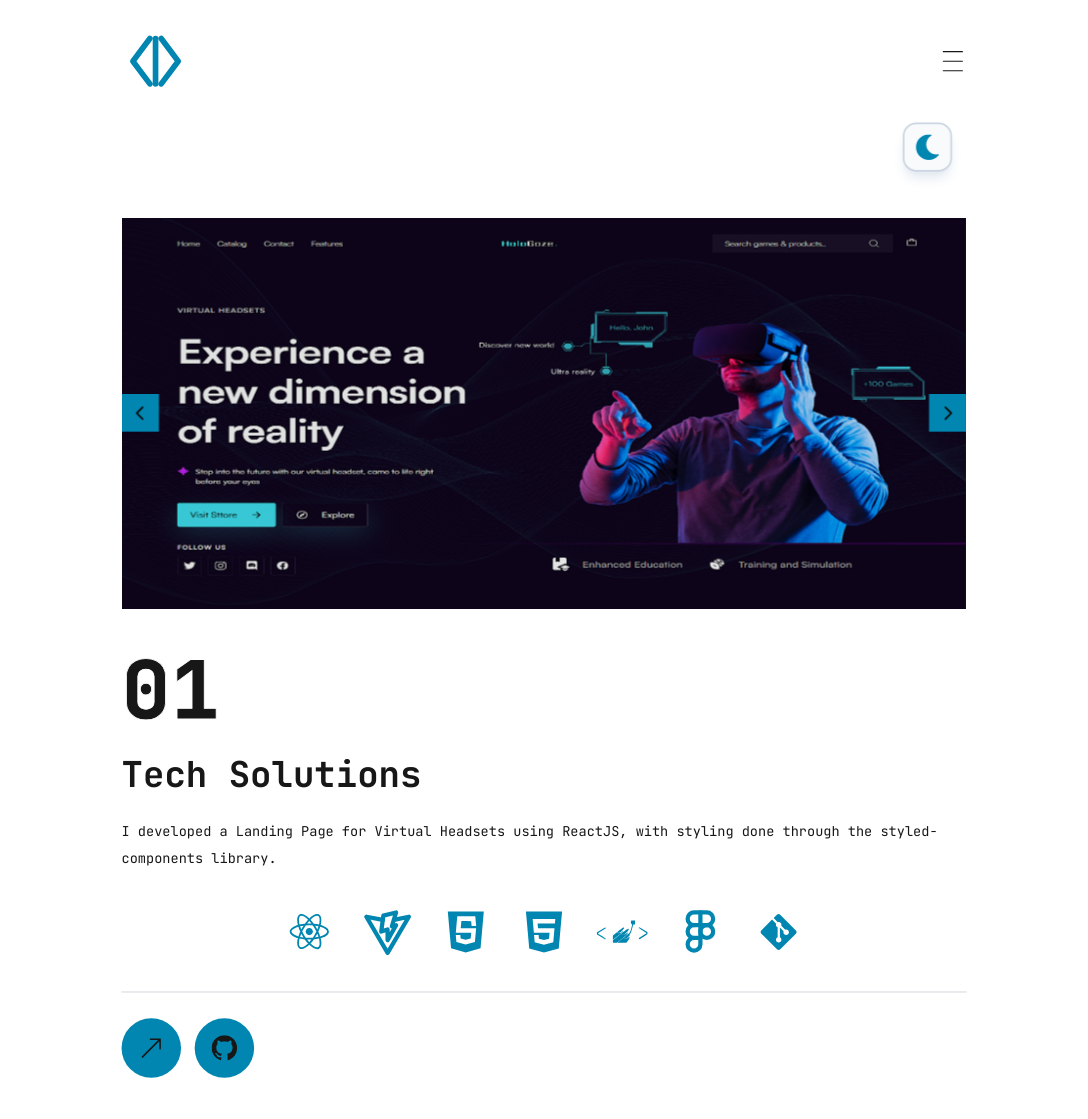
Repository: sergioscker/sergio-portfolio
Page: /work
The author's editor kept a copy of each file at every save. The page is drawn from the files as they stood at one save, then again after a run of saves.
The browser window is 1280 px wide. The pictures show the whole page, at 85% of full size.
The project was rebuilt for these pictures with package versions that can differ from the ones it lists, and the page was loaded fresh each time. The framework's server and built-in components were replaced by stand-ins that run in the browser. Also part of the build but not shown: next.config.mjs.

Above is the page before, as saved 2025-04-29 14:46:29.

After the next 2 saves:
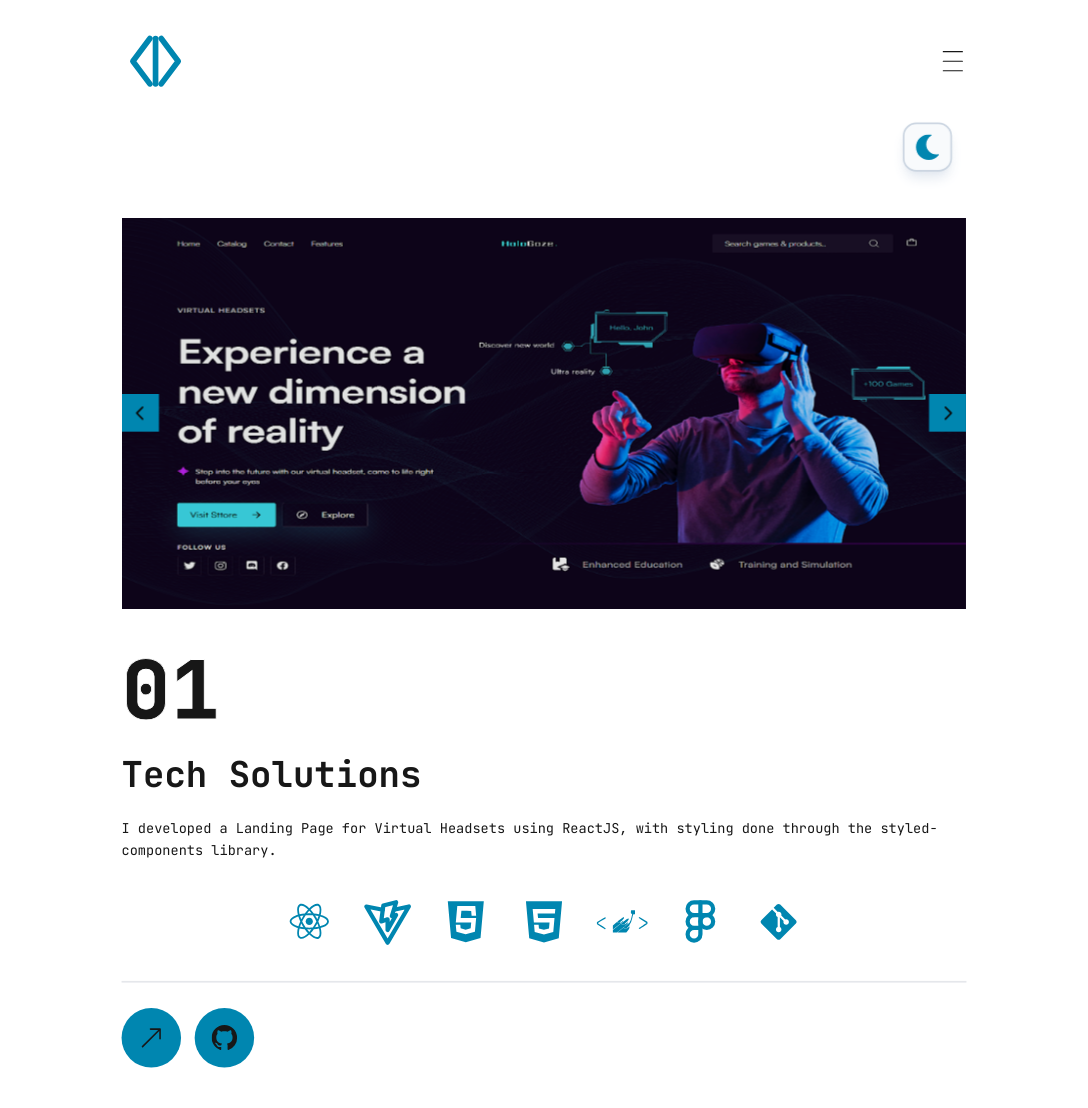
The 2 saves are shown as one change because they came seconds apart.
The last was saved 20 min 24 s later.
--- a/app/work/page.jsx
+++ b/app/work/page.jsx
@@ -287,7 +287,9 @@ const Work = () => {
               </h2>
 
               {/* projects description */}
-              <p className="dark:text-white/60">{project.description}</p>
+              <p className="dark:text-white/60 leading-relaxed">
+                {project.description}
+              </p>
 
               {/* stacks */}
               <ul className="flex justify-center items-center gap-3 flex-wrap">
